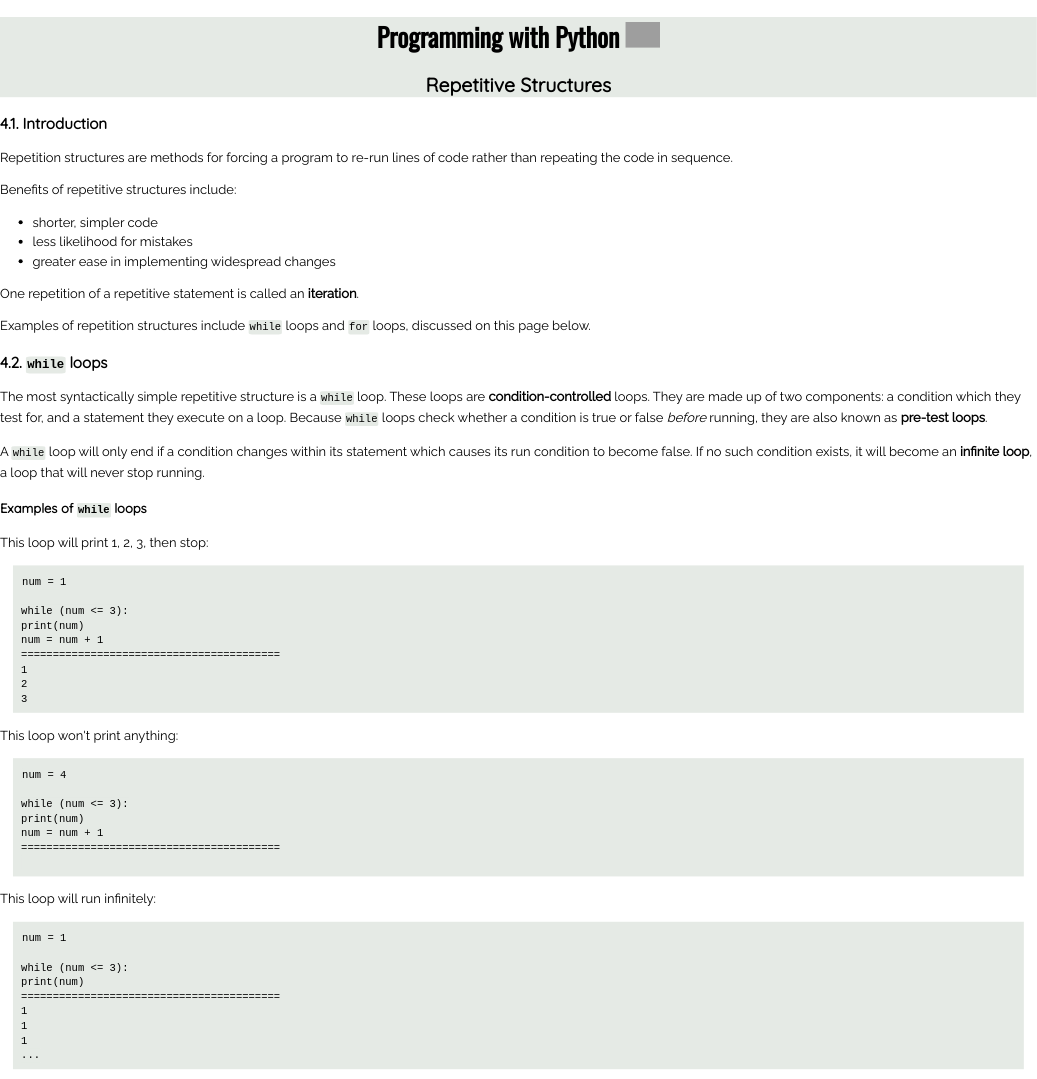
Repository: emnharris/FreeCodeCampChallenges
Page: responsive-web-design/technical-documentation-page/python-tutorial.html
These files come from the project's save history. The page is drawn as it stood at one moment and after the next save; the edit follows.
The browser window is 1280 px wide. The pictures show the whole page, at 81% of full size.
Pictures or frames that could not be fetched are drawn as grey boxes.

Above is the page before, as saved 2020-04-16 15:59:27.

### responsive-web-design/technical-documentation-page/python-tutorial.html
<!DOCTYPE html>
<html>
    <head>
        <!--Import fonts-->
        <link href="https://fonts.googleapis.com/css2?family=Oswald&family=Quicksand&family=Raleway&display=swap" rel="stylesheet">

        <!--Import stylesheet-->
        <link rel="stylesheet" type="text/css" href="python-tutorial.css">
    </head>

    <body>
        <title>
            Programming with Python: Repetition Structures
        </title>
        <navbar>

        </navbar>
        <header>
            <h1>Programming with Python
            <img src="https://www.stickpng.com/assets/images/5848152fcef1014c0b5e4967.png" alt="python logo" id="logo"></h1>
            <h2>Repetitive Structures</h2>

        </header>
        <main>
            <section id="intro">
                <h3>4.1. Introduction </h3>
                <p>Repetition structures are methods for forcing a program to re-run lines of code rather than repeating the code in sequence.</p>

                <p>Benefits of repetitive structures include:</p>
                <ul>
                    <li>shorter, simpler code</li>
                    <li>less likelihood for mistakes</li>
                    <li>greater ease in implementing widespread changes</li>
                </ul>

                <p>One repetition of a repetitive statement is called an <b>iteration</b>.</p>

                <p>Examples of repetition structures include <code>while</code> loops and <code>for</code> loops, discussed on this page below.</p>
            </section>
            <section id="4.2">
                <h3>4.2. <code>while</code> loops</h3>
                <p>The most syntactically simple repetitive structure is a <code>while</code> loop. These loops are <b>condition-controlled</b> loops. They are made up of two components: a condition which they test for, and a statement they execute on a loop. Because <code>while</code> loops check whether a condition is true or false <i>before</i> running, they are also known as <b>pre-test loops</b>.</p>

                <p>A <code>while</code> loop will only end if a condition changes within its statement which causes its run condition to become false. If no such condition exists, it will become an <b>infinite loop</b>, a loop that will never stop running.</p>

                <h4>Examples of <code>while</code> loops</h4>

                <p>This loop will print 1, 2, 3, then stop:</p>
                <div id="code-block">
                    <code>
                        num = 1
                        <br>
                        <br>while (num <= 3):
                        <br>    print(num)
                        <br>    num = num + 1
                        <br>=========================================
                        <br>1
                        <br>2
                        <br>3
                    </code>
                </div>

                <p>This loop won't print anything:</p>
                <div id="code-block">
                    <code>
                        num = 4
                        <br>
                        <br>while (num <= 3):
                        <br>    print(num)
                        <br>    num = num + 1
                        <br>=========================================
                        <br>
                        <br>
                    </code>
                </div>
                <p>This loop will run infinitely:</p>
                <div id="code-block">
                    <code>
                        num = 1
                        <br>
                        <br>while (num <= 3):
                        <br>    print(num)
                        <br>=========================================
                        <br>1
                        <br>1
                        <br>1
                        <br>...
                    </code>
                </div>
            </section>
        </main>
    </body>
</html>

### responsive-web-design/technical-documentation-page/python-tutorial.css
code {
    background-color: rgb(229, 234, 229);
    padding: .1em;
    border-radius: 10%;
}
#code-block {
    background-color: rgb(229, 234, 229);
    padding: 10px;
    width: auto;
    margin: 1em;
}
body {
    margin: 0px;
}
h1 {
    font-family: 'Oswald', sans-serif;
    text-align: center;
}
h2 {
    font-family: 'Quicksand', sans-serif;
    text-align: center;
}
h3, h4 {
    font-family: 'Quicksand', sans-serif;
}
p, li {
    font-family: 'Raleway', sans-serif;
    line-height: 1.5em;
}
/* header styling */
header {
    background-color: rgb(229, 234, 229);
    /* padding: 4fr 2fr; */
}
#logo {
    height: 1em;
    width: auto;
}

After the next save:
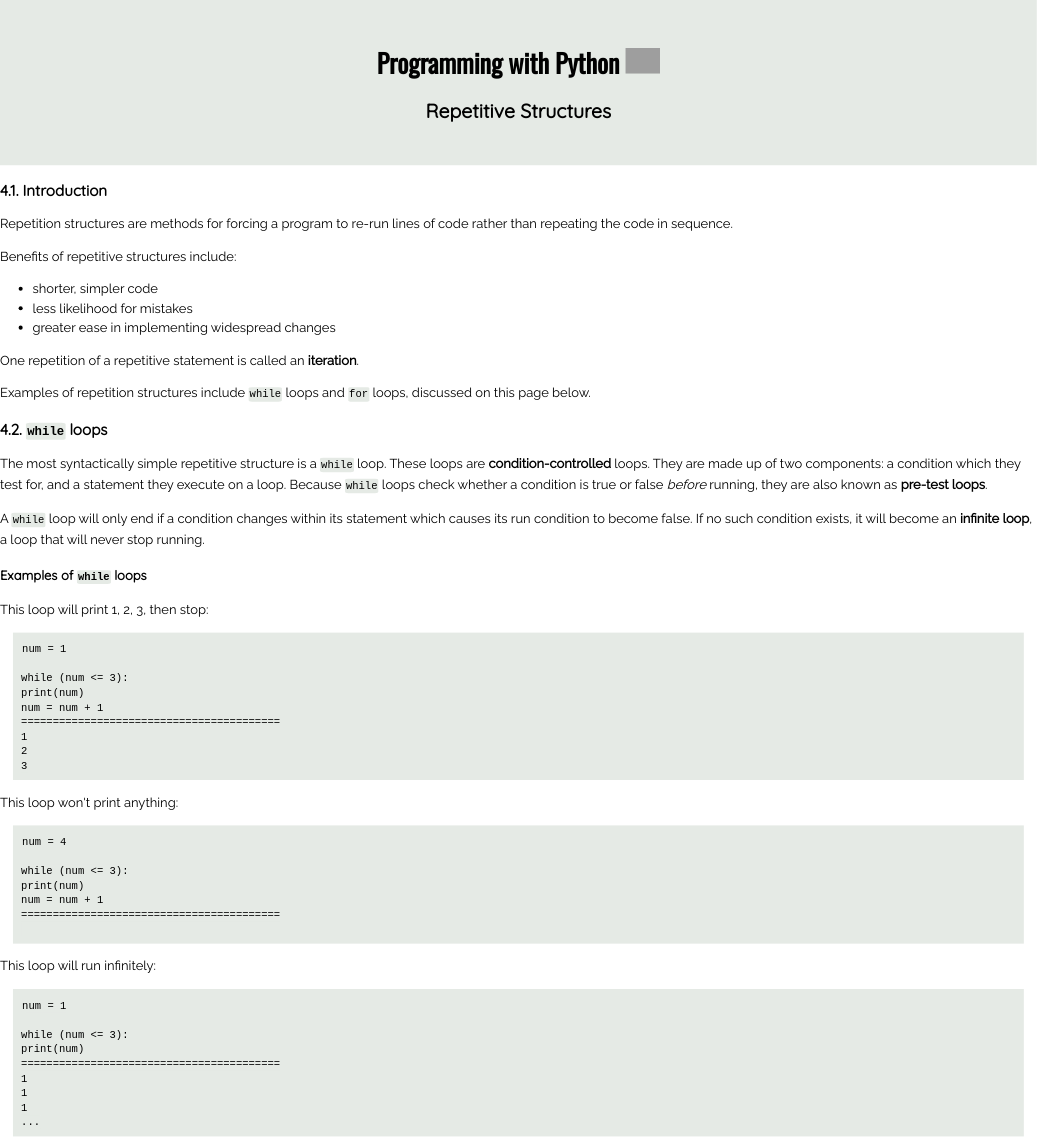
Saved 49 s later.
--- a/responsive-web-design/technical-documentation-page/python-tutorial.css
+++ b/responsive-web-design/technical-documentation-page/python-tutorial.css
@@ -30,7 +30,7 @@ p, li {
 /* header styling */
 header {
     background-color: rgb(229, 234, 229);
-    /* padding: 4fr 2fr; */
+    padding: 2em;
 }
 #logo {
     height: 1em;
